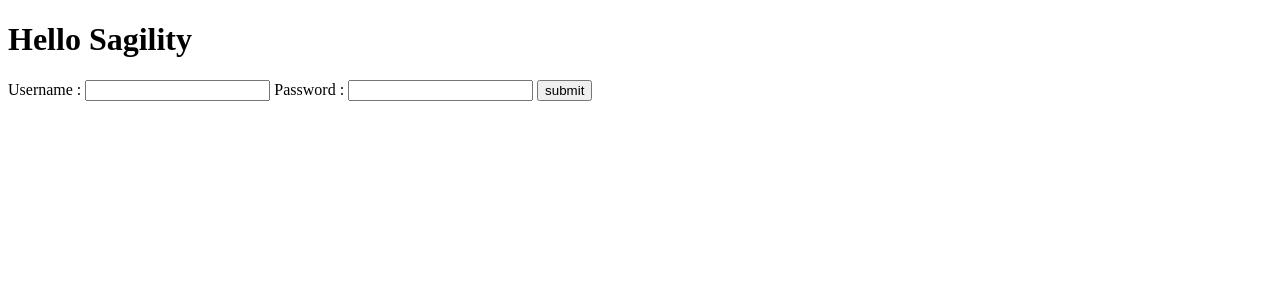
Repository: swapna2021/EmpSagilityRepo
Page: http://localhost/BootProject/
An editor plug-in stored every save of this project. The page is shown before and after the next save, followed by the edit.
The browser window is 1280 px wide. The pictures show the whole page.
The page is served by Tomcat 9.

Above is the page before, as saved 2024-06-24 08:39:48.

After the next save:
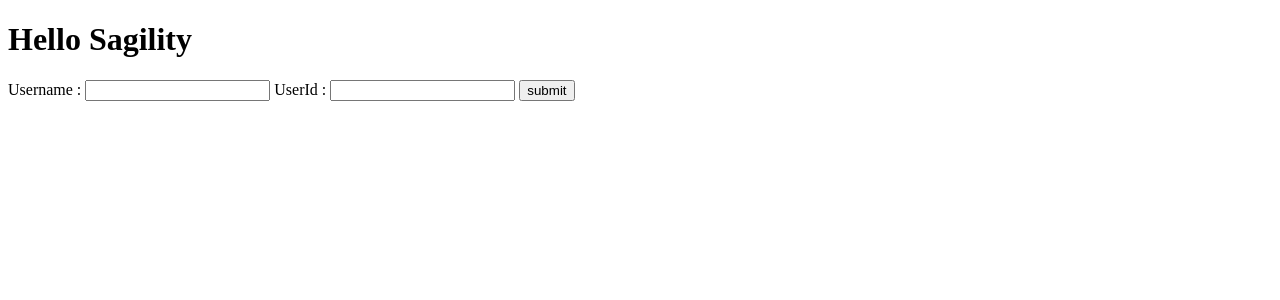
Saved 4 min 30 s later.
--- a/BootProject/src/main/webapp/index.jsp
+++ b/BootProject/src/main/webapp/index.jsp
@@ -11,8 +11,8 @@
 	<form action="index" method="get" modelAttribute="user">
 		<label for="uname">Username :</label>
 		<input type="text" name="uname" >
-		<label for="pwd">Password :</label>
-		<input type="password" name="pwd" >
+		<label for="id">UserId :</label>
+		<input type="number" name="id" >
 		<input type="submit" value="submit">
 	</form>
 </body>
